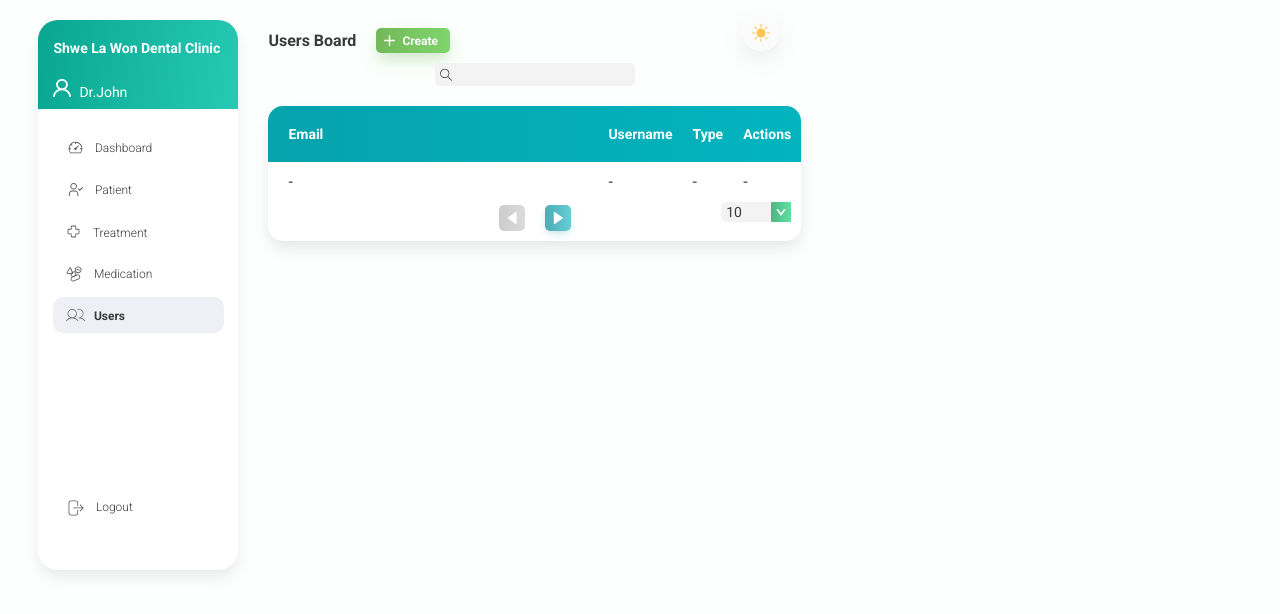
Repository: mrkaskar/frontendpatientrecord_typescript
Page: /users
An editor plug-in stored every save of this project. The page is shown before and after a run of saves, followed by the edit.
The browser window is 1280 px wide. The pictures show the whole page.
The page's requests for data from a server got no answer. The project was rebuilt for these pictures with package versions that can differ from the ones it lists, and the page was loaded fresh each time. A package was used in the major version that the imports need, not the one package.json lists. No one was signed in, and anything a server would have sent is missing. Also part of the build but not shown: src/components/checkbox/styles/index.css, src/components/checkbox/main.tsx, src/components/dropdown/main.tsx, src/components/textbox/styles/index.css, src/components/textbox/main.tsx, src/components/modal/styles/index.css, src/components/modal/main.tsx, src/components/imageupload/styles/index.css and 35 more.

Above is the page before, as saved 2021-12-27 13:33:15.

### src/index.tsx
import React from 'react';
import ReactDOM from 'react-dom';
import './index.css';
import { QueryClient, QueryClientProvider } from 'react-query';
import App from './App';
import ThemeProvider from './components/global/context/ThemeProvider';

const queryClient = new QueryClient();

ReactDOM.render(
  <ThemeProvider>
    <QueryClientProvider client={queryClient}>
      <App />
    </QueryClientProvider>
  </ThemeProvider>,
  document.getElementById('root'),
);

### src/index.css
body {
  margin: 0;
  font-family: -apple-system, BlinkMacSystemFont, 'Segoe UI', 'Roboto', 'Oxygen',
    'Ubuntu', 'Cantarell', 'Fira Sans', 'Droid Sans', 'Helvetica Neue',
    sans-serif;
  -webkit-font-smoothing: antialiased;
  -moz-osx-font-smoothing: grayscale;
}
body,
html {
  margin: 0;
  padding: 0;
}
* {
  box-sizing: border-box;
}
code {
  font-family: source-code-pro, Menlo, Monaco, Consolas, 'Courier New',
    monospace;
}

### src/App.tsx
import React, { useContext } from 'react';
import './App.css';
import {
  BrowserRouter as Router,
  Switch,
  Route,
} from 'react-router-dom';
import Colors from './components/global/themes/colors';
import { Toggler, Navbar } from './components';
import { ThemeContext } from './components/global/context/ThemeProvider';
import Dashboard from './screens/large/Dashboard';
import Patient from './screens/large/Patient';
import Medication from './screens/large/Medication';
import Treatment from './screens/large/Treatment';
import Users from './screens/large/Users';

function App():JSX.Element {
  const { theme } = useContext(ThemeContext);
  return (
    <div
      className="App"
      style={{
        backgroundColor: Colors.background[theme],
      }}
    >
      <Router>
        <div id="space">
          <div id="nav-space">
            <Navbar />
          </div>
          <div id="body-space">
            <span id="toggler">
              <Toggler />
            </span>
            <Switch>
              <Route path="/" exact component={Dashboard} />
              <Route path="/patient" exact component={Patient} />
              <Route path="/medication" exact component={Medication} />
              <Route path="/treatment" exact component={Treatment} />
              <Route path="/users" exact component={Users} />
            </Switch>
          </div>
        </div>
      </Router>
    </div>

  );
}

export default App;

### src/components/global/context/ThemeProvider.tsx
import React, { createContext } from 'react';

type Theme = 'light' | 'dark';

export interface IThemeContext {
  theme: Theme;
  toggleTheme: () => null
}
export const ThemeContext = createContext<IThemeContext>({
  theme: 'light',
  toggleTheme: () => null,
});

function ThemeProvider({ children }:{children: JSX.Element}):JSX.Element {
  const [theme, setTheme] = React.useState<Theme>('light');
  let toggleTheme = ():null => {
    setTheme((prevTheme) => (prevTheme === 'light' ? 'dark' : 'light'));
    return null;
  };
  toggleTheme = React.useCallback(toggleTheme, []);

  return (
    <ThemeContext.Provider
      value={{ theme, toggleTheme }}
    >
      {children}
    </ThemeContext.Provider>
  );
}

export default ThemeProvider;

### src/App.css
@import url('https://fonts.googleapis.com/css2?family=Roboto&display=swap');
@import url('https://fonts.googleapis.com/css2?family=Roboto:wght@100;300;400;700&display=swap');
body {
  font-family: 'Roboto', sans-serif;
}

.App {
  transition: 0.3s;
  padding-left: 3%;
  height: 100vh;
  overflow: auto;
}

#space {
  display: flex;
  padding-top: 20px;
}

#body-space {
  position: relative;
  padding-left: 30px;
  padding-top: 0px;
}
#toggler {
  position: absolute;
  right: 0;
  top: -20px;
}

.board-title {
  font-weight: bold;
  display: inline-block;
  margin-top: 8px;
}
#patient-create:hover {
  cursor: pointer;
}
select {
  font-size: 12px;
  height: 24px;
  margin-top: 10px;
  padding: 3px 5px 3px 5px;
  border-radius: 5px;
  border: none;
}

select:focus {
  outline: none;
}

### src/components/global/themes/colors/index.ts
export default {
  background: {
    light: '#FCFFFD',
    dark: '#222626',
  },
  inputback: {
    light: '#F3F3F3',
    dark: '#414141',
  },
  level1: {
    light: '#FFFFFF',
    dark: '#2C2D31',
  },
  text: {
    light: '#3A3A3A',
    dark: '#FFFFFF',
  },
  lightText: {
    light: '#595959',
    dark: '#FFFFFF',
  },
};

### src/components/index.ts
export { default as Checkbox } from './checkbox';
export { default as Dropdown } from './dropdown';
export { default as Table } from './table';
export { default as Toggler } from './global/themes';
export { default as TextBox } from './textbox';
export { default as Modal } from './modal';
export { default as Image } from './imageupload';
export { default as Navbar } from './navbar';
export { default as Dashcard } from './dashcard';
export { default as Button } from './button';
export { default as Loader } from './loading';

### src/screens/large/Users.tsx
import React, { ReactElement } from 'react';
import { ThemeContext } from '../../components/global/context/ThemeProvider';
import colors from '../../components/global/themes/colors';
import UsersTable from '../../modules/users/components/UsersTable';
import { ReactComponent as Add } from '../../assets/add.svg';
import CreateModal from '../../modules/users/components/CreateModal';
import './Users.css';

function Users():ReactElement {
  const { theme } = React.useContext(ThemeContext);
  const [modal, setModal] = React.useState(false);
  return (
    <div>
      {modal && <CreateModal modal={modal} setModal={setModal} />}

      <span
        className="board-title"
        style={{
          color: colors.text[theme],
        }}
      >
        Users Board
        <span
          aria-hidden="true"
          onClick={() => setModal(true)}
          id="patient-create"
          style={{
            display: 'inline-block',
            background: 'linear-gradient(90deg, #73B85A 0%, #87E777 165%)',
            boxShadow: '0px 8px 16px -2px rgba(116, 186, 92, 0.35)',
            borderRadius: '5px',
            boxSizing: 'border-box',
            paddingLeft: '8px',
            width: '74px',
            height: '25px',
            color: 'white',
            paddingTop: '3px',
            position: 'relative',
            marginLeft: '20px',
          }}
        >
          <Add />
          <span style={{
            fontSize: '12px',
            position: 'absolute',
            top: '6px',
            left: '26px',
          }}
          >
            Create
          </span>
        </span>
      </span>

      <div id="treatment-board-body">
        <UsersTable />
      </div>
    </div>
  );
}

export default Users;

### src/modules/users/components/UsersTable.tsx
/* eslint-disable @typescript-eslint/no-unused-vars */
import React, { ReactElement } from 'react';
import { useQuery } from 'react-query';
import { Table } from '../../../components';
import { getAllUsers } from '../api/apiFunctions';

function UsersTable():ReactElement {
  const [detailModal, setDetailModal] = React.useState(false);
  const [editModal, setEditModal] = React.useState(false);
  const [deleteModal, setDeleteModal] = React.useState(false);
  const [detailid, setDetailid] = React.useState('initial');
  const [chosenTreatment, setChosenTreatment] = React.useState<{
    email: string;
    name: string;
    type: string;
  }>();
  const [data, setData] = React.useState<{headers:string[], body:string[][]}>({
    headers: ['Email', 'Username', 'Type', 'Actions'],
    body: [],
  });
  const allusers = useQuery('users', getAllUsers);

  React.useEffect(() => {
    if (allusers.data) {
      const users: string[][] = [];
      allusers.data.forEach((user) => {
        users.push([
          user.email,
          user.name,
          user.type,
        ]);
      });
      setData({ ...data, body: users });
    }
  // eslint-disable-next-line react-hooks/exhaustive-deps
  }, [allusers.data, detailid]);
  return (
    <div>
      <Table
        setDetailModal={setDetailModal}
        setEditModal={setEditModal}
        setDeleteModal={setDetailModal}
        setDetailid={setDetailid}
        data={data}
      />

    </div>
  );
}

export default UsersTable;

### src/components/global/themes/main.tsx
import React, { CSSProperties } from 'react';
import { ThemeContext } from '../context/ThemeProvider';
import { ReactComponent as Moon } from './assets/moon.svg';
import { ReactComponent as Sun } from './assets/sun.svg';

function Toggler():JSX.Element {
  const { theme, toggleTheme } = React.useContext(ThemeContext);

  const styles :CSSProperties = {
    width: 80,
    height: 80,
    display: 'flex',
    justifyContent: 'center',
    alignItems: 'center',
  };
  return (
    <div>
      {
        theme === 'light'
          ? (
            <div style={styles} aria-hidden="true" onClick={toggleTheme}>
              <Sun />
            </div>
          )
          : (
            <div style={styles} aria-hidden="true" onClick={toggleTheme}>
              <Moon />
            </div>
          )
      }
    </div>
  );
}

export default Toggler;

### src/components/navbar/main.tsx
import React, { ReactElement } from 'react';
import { Link, useLocation } from 'react-router-dom';

import Navitem from './nav-item';
import './styles/index.css';
import { ReactComponent as User } from './assets/user.svg';
import { ReactComponent as Home } from './assets/home.svg';
import { ReactComponent as Patient } from './assets/patient.svg';
import { ReactComponent as Treatment } from './assets/treatment.svg';
import { ReactComponent as Medicine } from './assets/medicine.svg';
import { ReactComponent as Users } from './assets/users.svg';
import { ReactComponent as Logout } from './assets/logout.svg';
import colors from '../global/themes/colors';
import { ThemeContext } from '../global/context/ThemeProvider';

const paths = {
  dashboard: '/',
  patient: '/patient',
  treatment: '/treatment',
  medication: '/medication',
  users: '/users',
};
function Navbar():ReactElement {
  const { theme } = React.useContext(ThemeContext);
  const { pathname } = useLocation();
  const {
    dashboard, patient, treatment, medication, users,
  } = paths;
  return (
    <div
      id="nav-wrapper"
      style={{
        backgroundColor: colors.level1[theme],
      }}
    >
      <div id="nav-header">
        <span id="title">
          Shwe La Won Dental Clinic
        </span>
        <span id="usericon">
          <User />
        </span>
        <span id="username">
          Dr.John
        </span>
      </div>
      <div
        id="nav-body"
        style={{
          color: colors.text[theme],
        }}
      >

        <Link to={dashboard}>
          <Navitem
            Icon={Home}
            label="Dashboard"
            active={pathname === dashboard}
            theme={theme}
          />
        </Link>
        <Link to={patient}>
          <Navitem
            Icon={Patient}
            label="Patient"
            theme={theme}
            active={pathname === patient}
          />
        </Link>
        <Link to={treatment}>
          <Navitem
            Icon={Treatment}
            label="Treatment"
            theme={theme}
            active={pathname === treatment}
          />
        </Link>
        <Link to={medication}>
          <Navitem
            Icon={Medicine}
            label="Medication"
            theme={theme}
            active={pathname === medication}
          />
        </Link>
        <Link to={users}>
          <Navitem
            Icon={Users}
            label="Users"
            theme={theme}
            active={pathname === users}
          />
        </Link>
        <div style={{
          height: '150px',
        }}
        />
        <Navitem
          Icon={Logout}
          label="Logout"
          theme={theme}
        />

      </div>
    </div>
  );
}

export default Navbar;

### src/helpers/api/backend.ts
// const base = 'https://backendpatientapp.herokuapp.com';
const base = 'http://localhost:5000';
export const url = `${base}/api`;

### src/modules/users/api/apiFunctions.ts
import axios from 'axios';
import { url } from '../../../helpers/api/backend';

export interface IUser {
  email: string;
  name: string;
  type: string;
}

export async function getAllUsers(): Promise<IUser[]> {
  const result = await axios.get(`${url}/users/get`);
  const { data } = result;

  return data;
}

export async function createUser(data: IUser): Promise<void> {
  try {
    await axios.post(`${url}/users/add`, data);
  } catch {
    throw new Error();
  }
}

export async function updateUser(data: IUser): Promise<void> {
  try {
    await axios.post(`${url}/users/update`, data);
  } catch {
    throw new Error();
  }
}

export async function deleteUser(data:{id: string}): Promise<void> {
  try {
    await axios.post(`${url}/users/delete`, data);
  } catch {
    throw new Error();
  }
}

### src/components/dropdown/styles/index.css
#dropbox {
  display: flex;
  height: 20px;
}

#arrow {
  margin-left: -15px;
  cursor: pointer;
  display: inline-block;
}

#box {
  padding-left: 5px;
  border-top-left-radius: 5px;
  border-bottom-left-radius: 5px;
}
#label {
  font-size: 12px;
  color: rgba(172, 172, 172) !important;
}

#drop {
  display: flex;
  flex-direction: column;
  position: relative;
}

#boxarea {
  box-shadow: 0px 8px 16px -2px rgba(0, 0, 0, 0.1);
  border-radius: 5px;
  max-height: 300px;
  overflow-y: scroll;
  padding-top: 5px;
  position: absolute;
  top: 21px;
  z-index: 99;
}
#boxarea::-webkit-scrollbar {
  width: 0.3em;
}

#boxarea::-webkit-scrollbar-track {
  box-shadow: inset 0 0 3px rgba(0, 0, 0, 0.13);
  border-radius: 10px;
}

#boxarea::-webkit-scrollbar-thumb {
  background-color: #4cb281;
  outline: 1px solid #4cb281;
}

.listarea {
  margin-left: 3px;
  margin-top: -3px;
  padding-bottom: 3px;
}

#searchlist {
  border: none;
  margin-left: 5px;
  margin-bottom: 3px;
  border-radius: 5px;
  width: 90%;
  font-size: 11px;
  height: 18px;
  padding-left: 2px;
}

#searchlist:focus {
  outline: none;
}

#searchlist::placeholder {
  font-size: 11px;
}

### src/components/iconbutton/main.tsx
import React from 'react';
import './styles/index.css';

interface IButton {
  Icon: React.FunctionComponent<React.SVGProps<SVGSVGElement>>
  colorOne: string
  colorTwo: string
  disabled?: boolean
  onClick?: () => void
}
function Button({
  Icon, colorOne, colorTwo, disabled,
  onClick,
}:IButton):JSX.Element {
  const enabledStyles = {
    background: `linear-gradient(90deg, ${colorOne} 0%, ${colorTwo} 165%)`,
    boxShadow: `0px 4px 8px -2px ${colorOne}59`,
    borderRadius: '5px',
  };
  const disabledStyles = {
    background: 'linear-gradient(90deg, #CCCCCC 0%, #E4E4E4 165%)',
    borderRadius: '5px',
  };

  return (
    <div
      style={disabled ? disabledStyles : enabledStyles}
      id="button"
      aria-hidden="true"
      onClick={onClick}
    >
      <Icon id="icon" />
    </div>
  );
}

Button.defaultProps = {
  disabled: false,
  onClick: () => null,
};

export default Button;

### src/components/table/styles/index.css
#table {
  display: inline-flex;
  position: relative;
  box-shadow: 0px 8px 16px -2px rgba(0, 0, 0, 0.1);
  border-radius: 15px;
  padding-bottom: 50px;
  margin-bottom: 200px;
  min-width: 500px;
}

#headback {
  background: linear-gradient(90.25deg, #06a2ab -7.01%, #02b6c1 110.82%);
  border-radius: 15px 15px 0px 0px;
  height: 56px;
  width: 100%;
  position: absolute;
  z-index: 1;
}

.columns {
  margin-top: 20px;
  margin-left: 20px;
  z-index: 2;
}

.Registration {
  width: 100px;
}
.Name {
  width: 120px;
}
.Age {
  width: 50px;
}
.Phone {
  width: 100px;
}
.Address {
  width: 320px;
}

.Email {
  width: 300px;
}
.Actions {
  margin-right: 10px;
}

.header {
  color: white;
  font-weight: bold;
  margin-bottom: 30px;
  font-size: 14px;
}

.body {
  overflow: hidden;
  white-space: nowrap;
  max-width: 400px;
  min-width: 150px;
  height: 35px;
  text-overflow: ellipsis;
  font-size: 13px;
  line-height: 25px;
}

.actions {
  display: flex;
}

#pageP {
  position: absolute;
  bottom: 0;
  display: flex;
  left: 50%;
  margin-bottom: 10px;
  font-size: 14px;
}
#pageCount {
  position: absolute;
  bottom: 5px;
  right: 10px;
  display: flex;
  margin-bottom: 10px;
}
#count {
  width: 50px;
  padding-left: 5px;
  border-top-left-radius: 5px;
  border-bottom-left-radius: 5px;
  height: 20px;
  font-size: 14px;
  line-height: 20px;
}
.p {
  margin-right: 5px;
  margin-left: 5px;
  line-height: 28px;
}
.p:hover {
  cursor: pointer;
}
.active {
  color: rgb(126, 126, 255);
}

#drop {
  display: inline-block;
}
#drop:hover {
  cursor: pointer;
}
#dropdown {
  display: inline-block;
  flex-direction: column;
  position: absolute;
  top: 25px;
  font-size: 14px;
  box-shadow: 0px 8px 16px -2px rgba(0, 0, 0, 0.1);
  width: 75px;
}
#droplist {
  padding-left: 5px;
  padding-top: 3px;
  padding-bottom: 3px;
  transition: 0.5s;
  border-radius: 5px;
}
#droplist:hover {
  color: rgb(146, 146, 255) !important;
  cursor: pointer;
}

#searchtable {
  width: 200px;
  height: 23px;
  padding-left: 5px;
  border-radius: 5px;
  margin: 0 auto;
  margin-bottom: 20px;
  position: relative;
  margin-top: 10px;
}
#searchinput {
  border: none;
  font-size: 12px;
  margin-left: 2px;
  position: absolute;
  top: 5px;
}
#searchinput:focus {
  outline: none;
}

#searchicon {
  display: inline-block;
  margin-top: 3px;
}

### src/components/navbar/styles/index.css
#nav-wrapper {
  box-shadow: 0px 8px 16px -2px rgba(0, 0, 0, 0.09);
  border-radius: 20px;
  width: 200px;
  height: 550px;
}

#nav-header {
  box-sizing: border-box;
  background: linear-gradient(100.95deg, #09a792 2.81%, #32d5bf 132.37%);
  border-radius: 20px 20px 0px 0px;
  width: 200px;
  height: 89px;
  color: white;
  padding-top: 20px;
  padding-left: 15px;
  font-size: 14px;
  margin-bottom: 20px;
}

#title {
  font-weight: bold;
  display: block;
  margin-bottom: 23px;
}

#username {
  margin-left: 8px;
}

a {
  color: inherit;
  text-decoration: none;
}

### src/components/iconbutton/styles/index.css
#button{
  width: 26px;
  height: 26px;
  display: flex;
  justify-content: center;
  align-items: center;
}
#button:hover{
  cursor: pointer;
}
#icon{
  transform: scale(1.2);
}

### src/components/navbar/nav-item/main.tsx
import React, { ReactElement } from 'react';
import './styles/index.css';

interface INavItem{
  Icon: React.FunctionComponent<React.SVGProps<SVGSVGElement>>
  label: string
  active?: boolean
  theme: 'dark' | 'light'
}

function Navitem({
  Icon, label, active, theme,
}:INavItem):ReactElement {
  return (
    <div
      className={`nav-item-wrapper ${active ? 'nav-active' : null}`}
      style={{
        // eslint-disable-next-line no-nested-ternary
        backgroundColor: active ? (theme === 'light' ? '#EEF0F6' : '#35363B') : '',

      }}
    >
      <div className={`nav-icon ${label}-icon`}>
        <Icon
          style={{
            filter: `${theme === 'dark' ? 'invert(100%) sepia(0%) saturate(8%) hue-rotate(236deg) brightness(104%) contrast(105%)' : ''}`,
          }}
        />
      </div>
      <div className={`nav-label ${label}`}>
        {label}
      </div>
    </div>
  );
}

Navitem.defaultProps = {
  active: false,
};

export default Navitem;

### src/components/navbar/nav-item/styles/index.css
.nav-item-wrapper {
  box-sizing: border-box;
  padding: 11px 0px 7px 15px;
  height: 36px;
  font-size: 12px;
  width: 171px;
  margin: 0 auto;
  display: flex;
  margin-bottom: 6px;
  font-weight: 300;
}
.nav-item-wrapper:hover {
  cursor: pointer;
}

.nav-active {
  font-weight: bold;
  border-radius: 10px;
}
.nav-label {
  margin-left: 12px;
  display: inline-block;
  height: 15px;
}
.Users {
  margin-top: 1px;
  margin-left: 8px;
}
.Dashboard {
  margin-top: 1px;
}
.Patient {
  margin-top: 1px;
}
.Medication {
  margin-top: 1px;
  margin-left: 10px;
}
.Treatment {
  margin-top: 2px;
}
.Treatment-icon {
  margin-left: -2px;
}
.Medication-icon {
  margin-left: -4px;
  margin-top: -2px;
}
.Users-icon {
  margin-left: -3px;
  margin-top: -3px;
}

Loaded but not shown: public/index.html (common file); src/components/checkbox/index.ts (common file); src/components/dropdown/index.ts (common file); src/components/table/index.ts (common file); src/components/global/themes/index.ts (common file); src/components/textbox/index.ts (common file); src/components/modal/index.ts (common file); src/components/imageupload/index.ts (common file); src/components/navbar/index.ts (common file); src/components/dashcard/index.ts (common file); src/components/button/index.ts (common file); src/components/loading/index.ts (common file); src/components/navbar/nav-item/index.ts (common file); src/components/table/main.tsx (316 lines, source omitted)

After the next 2 saves:
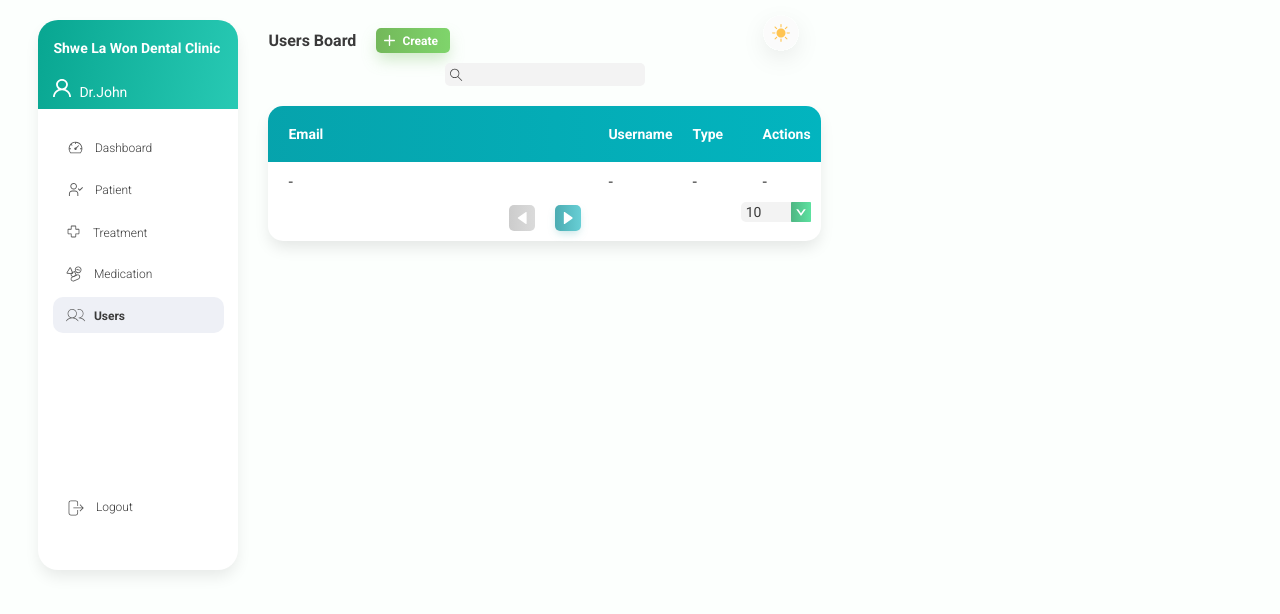
The 2 saves are shown as one change because they came seconds apart.
The last was saved 14 s later.
--- a/src/components/table/styles/index.css
+++ b/src/components/table/styles/index.css
@@ -41,6 +41,9 @@
 
 .Email {
   width: 300px;
+}
+.Type {
+  width: 50px;
 }
 .Actions {
   margin-right: 10px;
